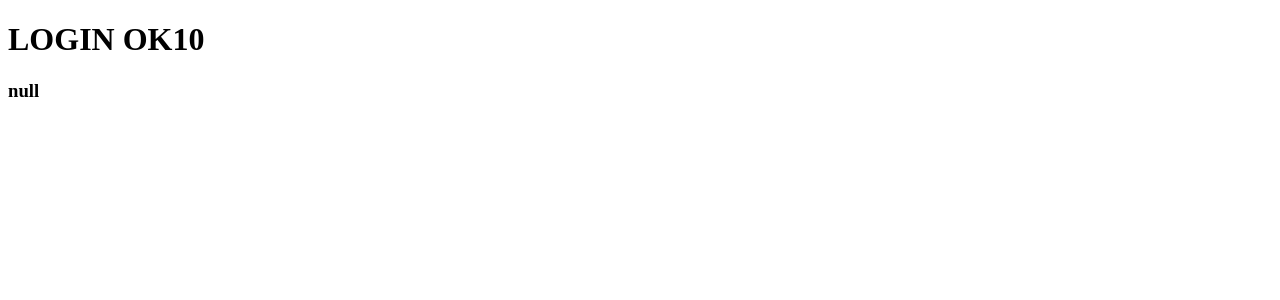
Repository: bookkg2/TIL
Page: http://localhost/day13/ok.jsp
The author's editor kept a copy of each file at every save. The page is drawn from the files as they stood at one save, then again after the next save.
The browser window is 1280 px wide. The pictures show the whole page.
The page is served by Tomcat 9.

Above is the page before, as saved 2019-06-27 02:19:56.

After the next save:
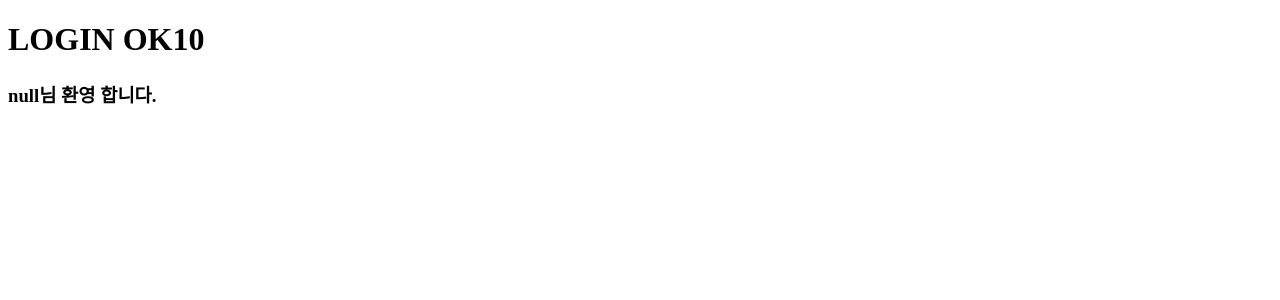
Saved 21 s later.
--- a/day13/web/ok.jsp
+++ b/day13/web/ok.jsp
@@ -12,6 +12,6 @@
 </head>
 <body>
 <h1>LOGIN OK<%=i %></h1>
-<h3><%=id %></h3>
+<h3><%=id %>님 환영 합니다.</h3>
 </body>
 </html>
